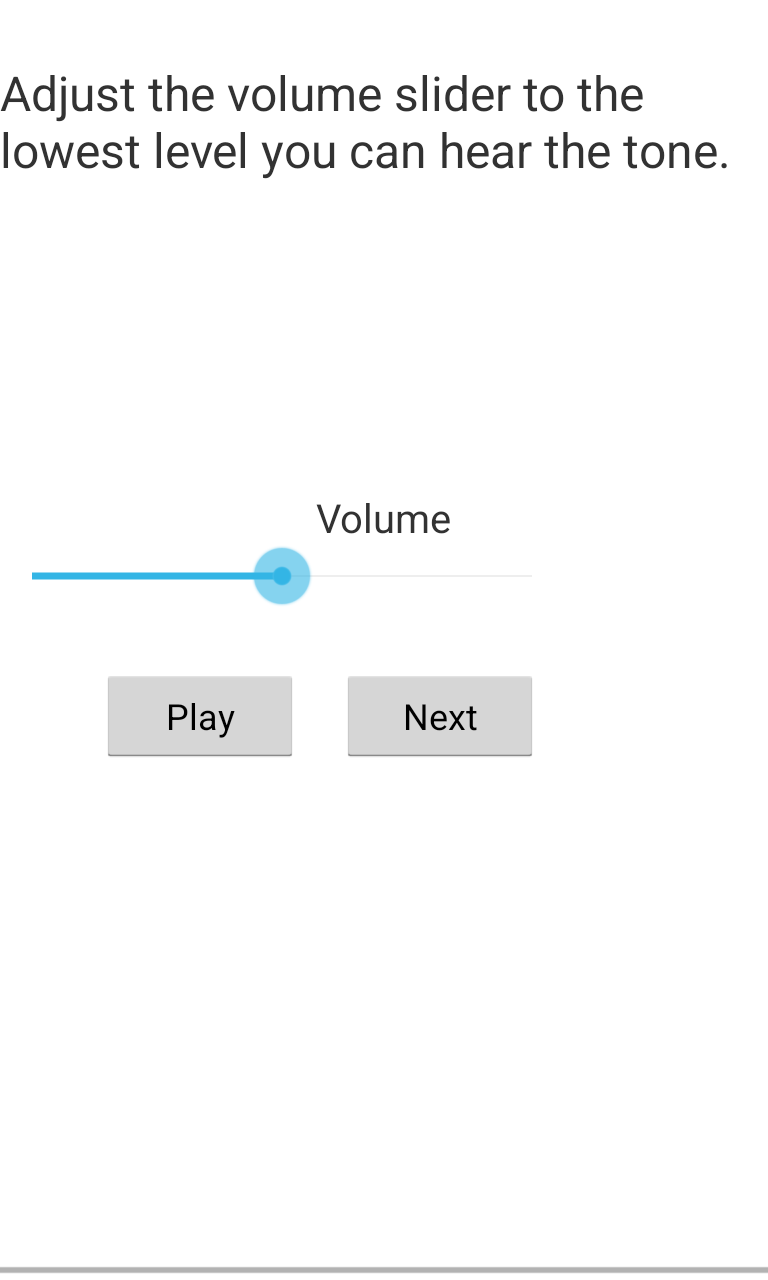
Repository: jmd33/capstone
Layout: Hearing Test/res/layout/hearing_test.xml
The author's editor kept a copy of each file at every save. The layout is drawn from the files as they stood at one save, then again after the next save.
It is drawn on a 768 x 1280 px phone screen (xhdpi) without system bars, with theme ThemeLight; the app's code is not run.

Above is the layout before, as saved 2013-05-31 01:18:20.

After the next save:
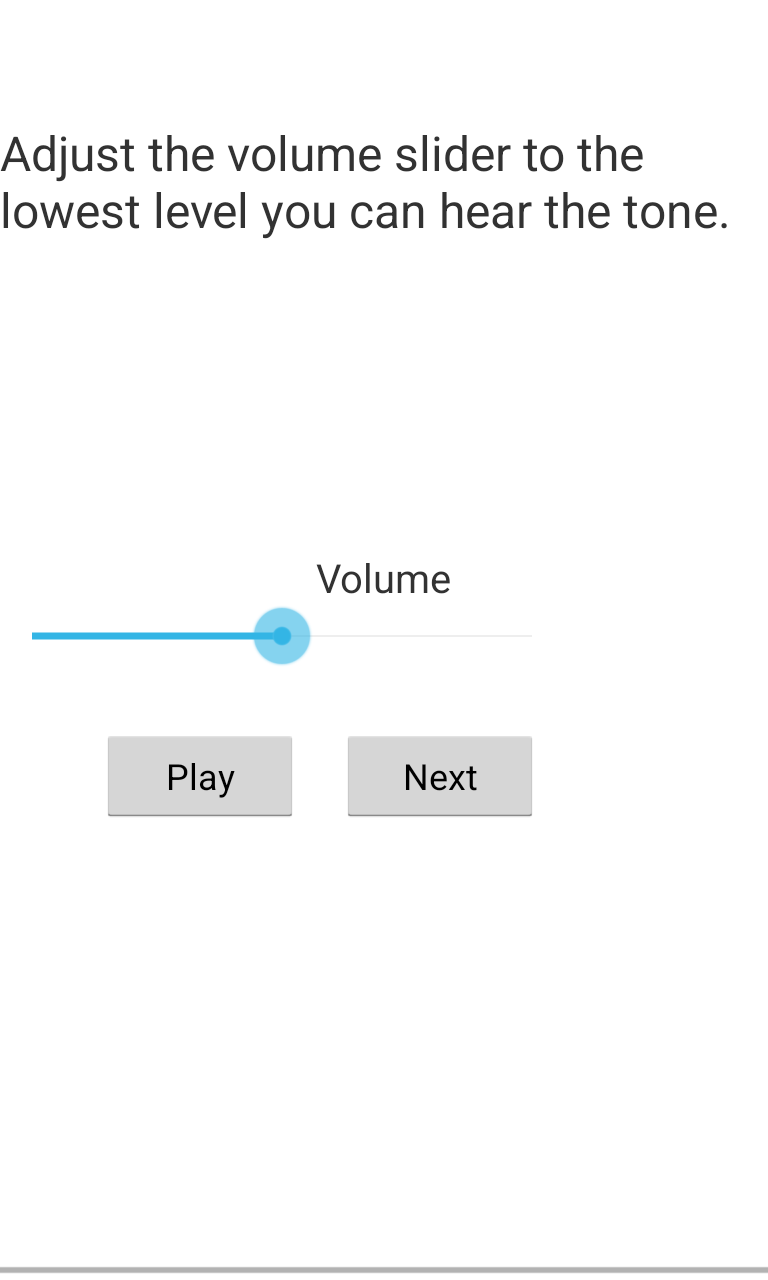
Saved 1 s later.
--- a/Hearing Test/res/layout/hearing_test.xml
+++ b/Hearing Test/res/layout/hearing_test.xml
@@ -4,8 +4,15 @@
     android:layout_height="match_parent"
     android:layout_marginLeft="20dp"
     android:layout_marginRight="20dp"
+    android:orientation="vertical" >
 
-    android:orientation="vertical" >
+    <TextView
+        android:id="@+id/TextView01"
+        android:layout_width="84dp"
+        android:layout_height="wrap_content"
+        android:height="30dp"
+        android:textSize="20dp"
+        android:width="40dp" />
 
     <TextView
         android:id="@+id/textView1"
@@ -31,13 +38,11 @@
         android:textSize="20dp"
         android:width="40dp" />
 
-     <TextView
-        android:id="@+id/ear"
-        android:layout_width="fill_parent"
+    <include
+        android:id="@+id/ear_ref"
+        android:layout_width="84dp"
         android:layout_height="wrap_content"
-        android:height="30dp"
-        android:textSize="20dp"
-        android:width="40dp" />
+        layout="@layout/right_ear" />
 
     <TextView
         android:id="@+id/textView1"
